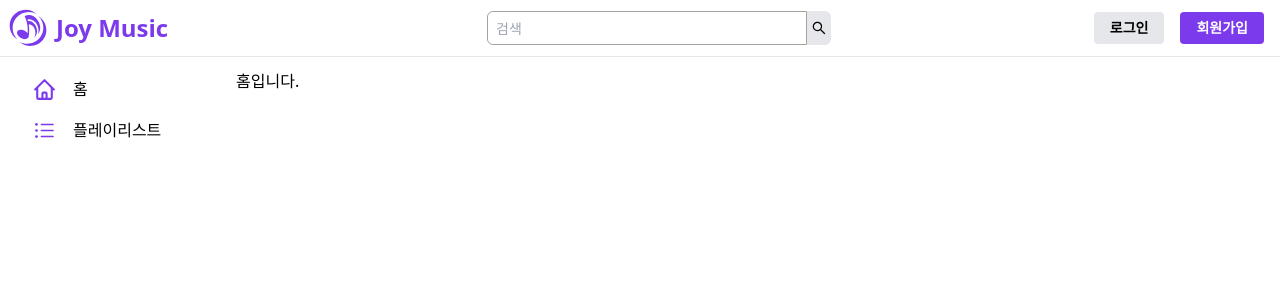
Repository: momo0170/joy-music
Page: /
These files come from the project's save history. The page is drawn as it stood at one moment and after the next save; the edit follows.
The browser window is 1280 px wide. The pictures show the whole page.
The page's requests for data from a server got no answer. The project was rebuilt for these pictures with package versions that can differ from the ones it lists, and the page was loaded fresh each time. No one was signed in, and anything a server would have sent is missing. Also part of the build but not shown: src/App.css, src/router/Playlist.jsx.

Above is the page before, as saved 2023-10-06 13:01:42.

### public/index.html
<!DOCTYPE html>
<html lang="en">
  <head>
    <meta charset="utf-8" />
    <link rel="icon" href="%PUBLIC_URL%/joy-music.png" />
    <meta name="viewport" content="width=device-width, initial-scale=1" />
    <meta name="theme-color" content="#000000" />
    <meta
      name="description"
      content="Web site created using create-react-app"
    />
    <link rel="apple-touch-icon" href="%PUBLIC_URL%/logo192.png" />
    <!-- <link rel="manifest" href="%PUBLIC_URL%/manifest.json" /> -->

    <title>Joy Music</title>
  </head>
  <body>
    <div id="root"></div>
  </body>
</html>

### src/index.js
import React from 'react';
import ReactDOM from 'react-dom/client';
import './index.css';
import App from './App';
import { RouterProvider, createBrowserRouter } from 'react-router-dom';
import Home from './router/Home';
import Playlist from './router/Playlist';
import TokenContextProvider from './context/GetTokenContext';

const router = createBrowserRouter([
  {
    path: '/',
    element: <App />,
    children: [
      {
        index: true,
        element: <Home />,
      },
      {
        path: '/playlist',
        element: <Playlist />,
      },
    ],
  },
]);

const root = ReactDOM.createRoot(document.getElementById('root'));
root.render(
  <TokenContextProvider>
    <RouterProvider router={router}>
      <App />
    </RouterProvider>
  </TokenContextProvider>
);

### src/App.js
import { Outlet } from 'react-router-dom';
import './App.css';
import Header from './components/Header';
import Menubar from './components/Menubar';

function App() {
  return (
    <>
      <Header />
      <div className="flex m-3">
        <Menubar />
        <Outlet />
      </div>
    </>
  );
}

export default App;

### src/router/Home.jsx
import React, { useContext, useEffect } from 'react';
import { GetTokenContext } from '../context/GetTokenContext';
import axios from 'axios';

export default function Home() {
  const access_token = useContext(GetTokenContext);
  console.log(access_token);
  useEffect(() => {
    access_token &&
      axios({
        method: 'get',
        url: `https://api.spotify.com/v1/browse/new-releases?limit=10`,
        headers: {
          Authorization: 'Bearer ' + access_token,
        },
      }).then((res) => console.log(res.data.albums.items));
  });
  return <div>홈입니다.</div>;
}

### src/context/GetTokenContext.jsx
import React, { createContext, useEffect, useState } from 'react';
import axios from 'axios';

export const GetTokenContext = createContext('');
export default function TokenContextProvider({ children }) {
  const [token, setToken] = useState('');
  useEffect(() => {
    axios({
      method: 'POST',
      url: 'https://accounts.spotify.com/api/token',
      headers: {
        'Content-Type': 'application/x-www-form-urlencoded',
      },
      data: {
        grant_type: 'client_credentials',
        client_id: process.env.REACT_APP_CLIENT_ID,
        client_secret: process.env.REACT_APP_CLIENT_SECRET,
      },
    }) //
      .then((res) => {
        setToken(res.data.access_token);
      });
  }, []);
  return (
    <GetTokenContext.Provider value={token}>
      {children}
    </GetTokenContext.Provider>
  );
}

### src/components/Header.jsx
import React, { useState } from 'react';
import { GiMusicSpell } from 'react-icons/gi';
import { AiOutlineSearch } from 'react-icons/ai';
import { Link } from 'react-router-dom';

export default function Header() {
  const [keyword, setKeyword] = useState('');
  const onChange = (e) => {
    setKeyword(e.target.value);
  };
  const onSubmit = (e) => {
    e.preventDefault();
    console.log(keyword);
  };

  return (
    <header className="flex justify-between p-2 border-b h-13 items-center">
      {/*  로고 */}
      <Link to="/" className="flex items-center">
        <GiMusicSpell
          size="40"
          color="#7c3aed"
          className="hover:animate-spin"
        />
        <div className="text-violet-600 text-2xl ml-2 font-bold">Joy Music</div>
      </Link>

      {/* 검색 */}
      <form className="flex transform translate-x-8" onSubmit={onSubmit}>
        <input
          type="text"
          placeholder="검색"
          value={keyword}
          onChange={onChange}
          className="rounded-l-md border border-stone-400 p-1 px-2 focus:shadow-inner2 outline-none focus:border-violet-600 placeholder:text-sm hover:shadow-hoverInput hover:border-hoverInput w-80"
        />
        <button className="bg-gray-200 p-1 rounded-r-md box-border hover:bg-gray-300">
          <AiOutlineSearch />
        </button>
      </form>

      {/* 버튼 */}
      <div className="flex">
        <button className="bg-gray-200 mx-2 px-4 py-1.5 rounded text-sm font-semibold hover:bg-gray-300">
          로그인
        </button>
        <button className="bg-violet-600 text-white mx-2 px-4 py-1.5 rounded text-sm font-semibold hover:bg-violet-700">
          회원가입
        </button>
      </div>
    </header>
  );
}

### src/components/Menubar.jsx
import React from 'react';
import MenuButton from './Menubutton';

export default function MenuBar() {
  const list = [
    ['/', '홈'],
    ['/playlist', '플레이리스트'],
  ];
  return (
    <aside className="flex flex-col w-56">
      {list.map((item, idx) => (
        <MenuButton key={idx} text={item[1]} path={item[0]} />
      ))}
    </aside>
  );
}

### src/components/Menubutton.jsx
import React from 'react';
import { Link } from 'react-router-dom';
import { HiHome, HiOutlineHome } from 'react-icons/hi';
import { IoIosListBox, IoIosList } from 'react-icons/io';

const SIZE = '25';
const COLOR = '#7C3AED';

export default function MenuButton({ text, path }) {
  return (
    <div>
      <Link to={path} className="flex px-5 py-2 rounded hover:bg-violet-100">
        {text === '홈' ? (
          <HiOutlineHome size={SIZE} color={COLOR} />
        ) : (
          <IoIosList size={SIZE} color={COLOR} />
        )}
        <span className="ml-4">{text}</span>
      </Link>
    </div>
  );
}

### tailwind.config.js
/** @type {import('tailwindcss').Config} */
module.exports = {
  content: ['./src/**/*.{js,jsx,ts,tsx}'],
  theme: {
    extend: {
      borderWidth: {
        1.5: '1.5px',
      },
      boxShadow: {
        inner2: '0 0 0 1.5px #7c3aed inset',
        hoverInput: '0 0 0 1px #ABABAB inset',
      },
      borderColor: {
        hoverInput: '#ABABAB',
      },
    },
  },
  plugins: [],
};

Loaded but not shown: src/index.css (common file)

After the next save:
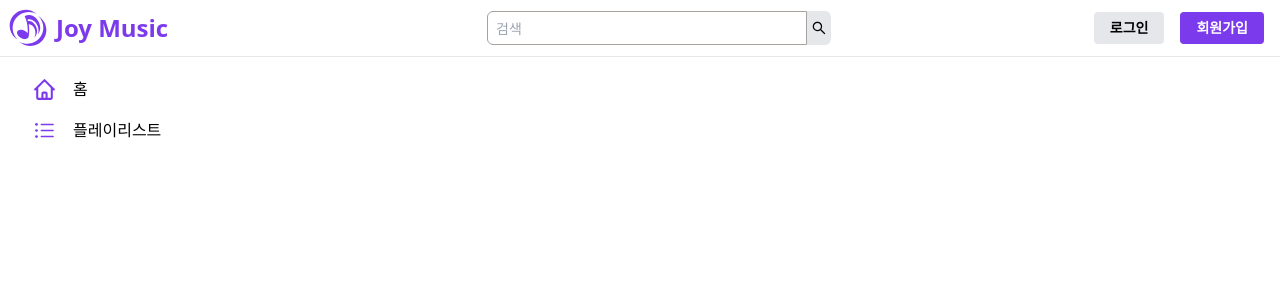
Saved 7 min 22 s later.
--- a/src/router/Home.jsx
+++ b/src/router/Home.jsx
@@ -1,10 +1,12 @@
-import React, { useContext, useEffect } from 'react';
+import React, { useContext, useEffect, useState } from 'react';
 import { GetTokenContext } from '../context/GetTokenContext';
 import axios from 'axios';
 
 export default function Home() {
   const access_token = useContext(GetTokenContext);
+  const [albums, setAlbums] = useState({});
   console.log(access_token);
+  console.log(albums);
   useEffect(() => {
     access_token &&
       axios({
@@ -13,7 +15,11 @@ export default function Home() {
         headers: {
           Authorization: 'Bearer ' + access_token,
         },
-      }).then((res) => console.log(res.data.albums.items));
+      }).then((res) => setAlbums(res.data.albums.items));
   });
-  return <div>홈입니다.</div>;
+  return (
+    <ul>
+      <li></li>
+    </ul>
+  );
 }
